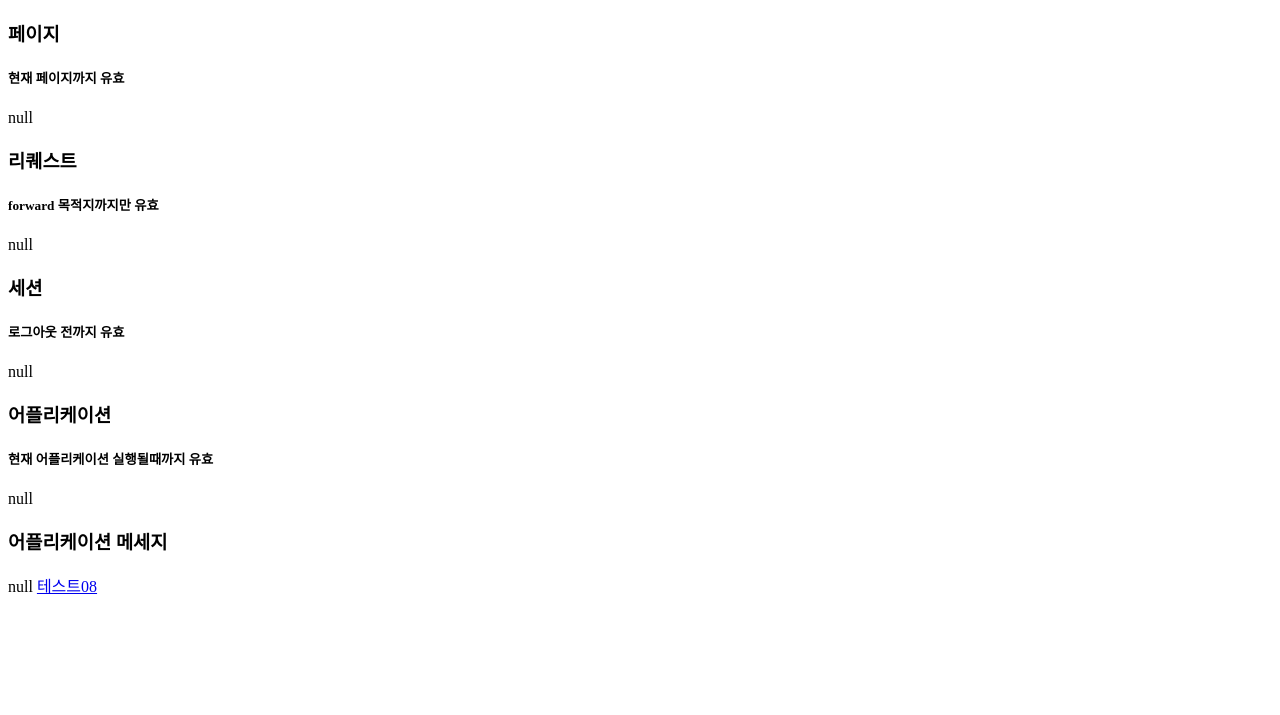
Repository: cordingdodo/javaworks2
Page: http://localhost/practice01/test08.jsp
The author's editor kept a copy of each file at every save. The page is drawn from the files as they stood at one save, then again after a run of saves.
The browser window is 1280 px wide. The pictures show the whole page.
The page is served by Tomcat 9. Other server files are loaded and not shown. The template is opened directly, without the code that normally fills it, so the values that code supplies are empty.

Above is the page before, as saved 2022-10-21 03:15:11.

### practice01/WebContent/test08.jsp
<%@ page language="java" contentType="text/html; charset=UTF-8"
    pageEncoding="UTF-8"%>
<!DOCTYPE html>
<html>
<head>
<meta charset="UTF-8">
<title>Insert title here</title>
</head>
<body>
 <%


	out.println("<h3>페이지</h3>"+"<h5>현재 페이지까지 유효</h5>"+pageContext.getAttribute("pagedata"));
	out.println("<h3>리퀘스트</h3>"+"<h5>forward 목적지까지만 유효</h5>"+request.getAttribute("requestdata"));
	out.println("<h3>세션</h3>"+"<h5>로그아웃 전까지 유효</h5>"+session.getAttribute("sessiondata"));
	out.println("<h3>어플리케이션</h3>"+"<h5>현재 어플리케이션 실행될때까지 유효</h5>"+application.getAttribute("applicationdata"));
	out.println("<h3>어플리케이션 메세지</h3>"+application.getAttribute("msg"));
	out.println("<a href='test08.jsp?msg=테스트08로갑니다'>테스트08</a>");

	 %>
</body>
</html>

After the next 2 saves:
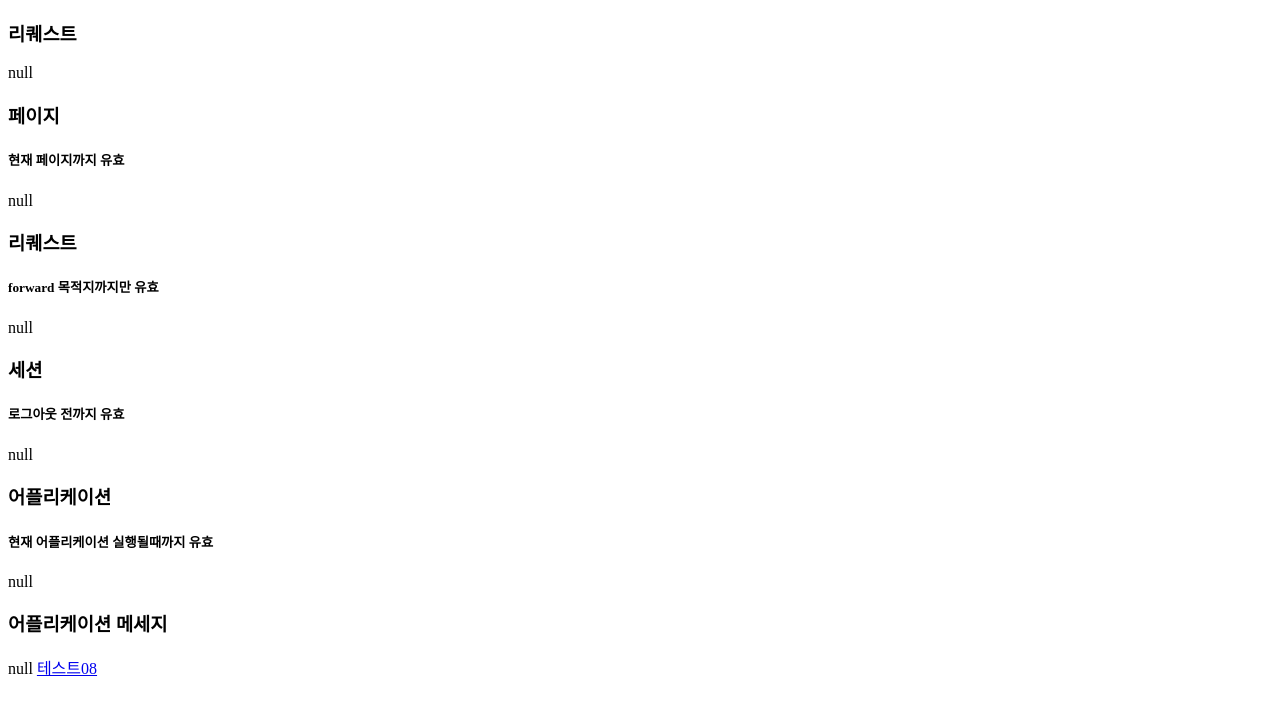
The 2 saves are shown as one change because 1 did not build or start.
The last was saved 83 s later.
--- a/practice01/WebContent/test08.jsp
+++ b/practice01/WebContent/test08.jsp
@@ -8,7 +8,7 @@
 </head>
 <body>
  <%
-
+ 	out.println("<h3>리퀘스트</h3>"+request.getAttribute("requestdata"));
 
 	out.println("<h3>페이지</h3>"+"<h5>현재 페이지까지 유효</h5>"+pageContext.getAttribute("pagedata"));
 	out.println("<h3>리퀘스트</h3>"+"<h5>forward 목적지까지만 유효</h5>"+request.getAttribute("requestdata"));
